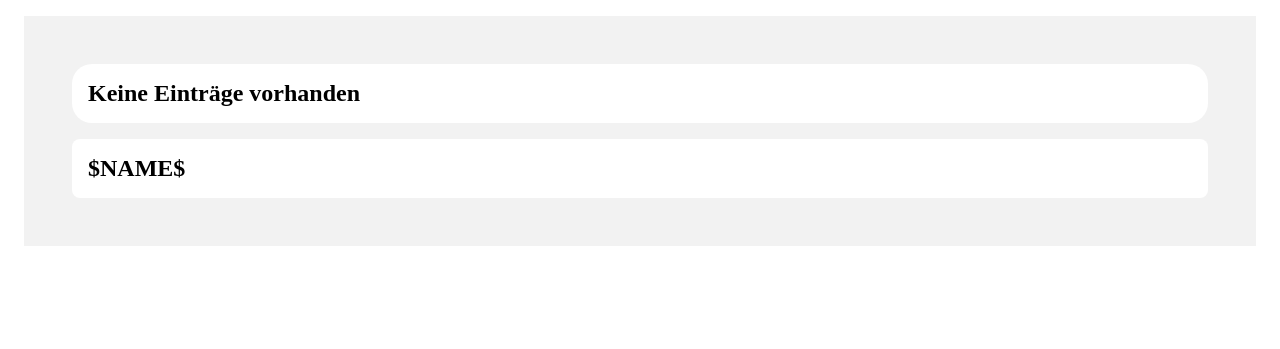
Repository: KIThubber/Fitnesstagebuch
Page: Frontend/src/page-workoutexercises/page-workoutexercises.html
The author's editor kept a copy of each file at every save. The page is drawn from the files as they stood at one save, then again after the next save.
The browser window is 1280 px wide. The pictures show the whole page.

Above is the page before, as saved 2022-05-08 18:29:51.

After the next save:
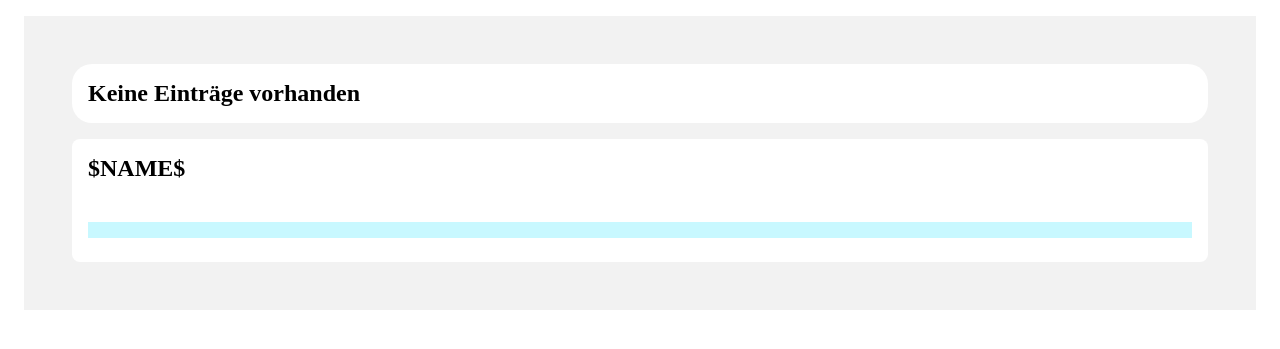
Saved 26 s later.
--- a/Frontend/src/page-workoutexercises/page-workoutexercises.html
+++ b/Frontend/src/page-workoutexercises/page-workoutexercises.html
@@ -149,7 +149,11 @@
                                     $NAME$
 
                                 </div>
-
+                                <div class="actions">
+                                    <div class="">
+                                        <a></a>
+                                    </div>
+                                </div>
                             </li>
                         </div>
                 </section>

After the save that followed:
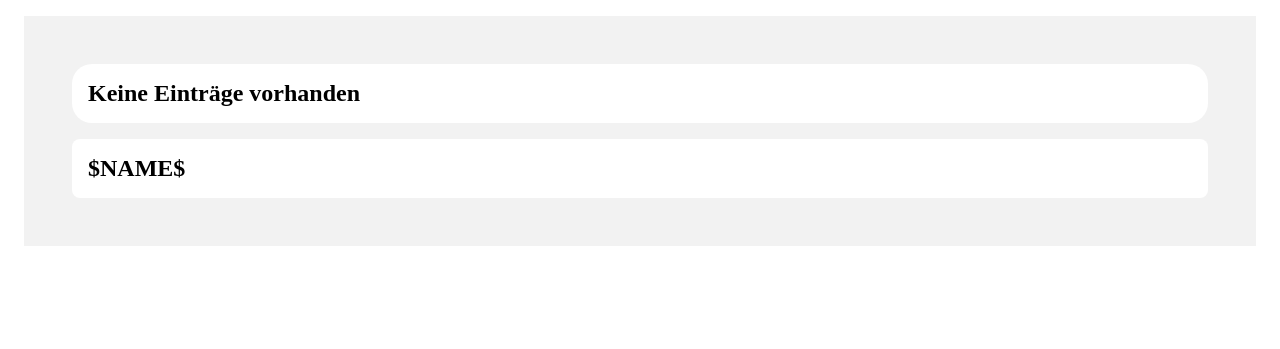
Saved 25 s later.
--- a/Frontend/src/page-workoutexercises/page-workoutexercises.html
+++ b/Frontend/src/page-workoutexercises/page-workoutexercises.html
@@ -149,11 +149,7 @@
                                     $NAME$
 
                                 </div>
-                                <div class="actions">
-                                    <div class="">
-                                        <a></a>
-                                    </div>
-                                </div>
+
                             </li>
                         </div>
                 </section>
